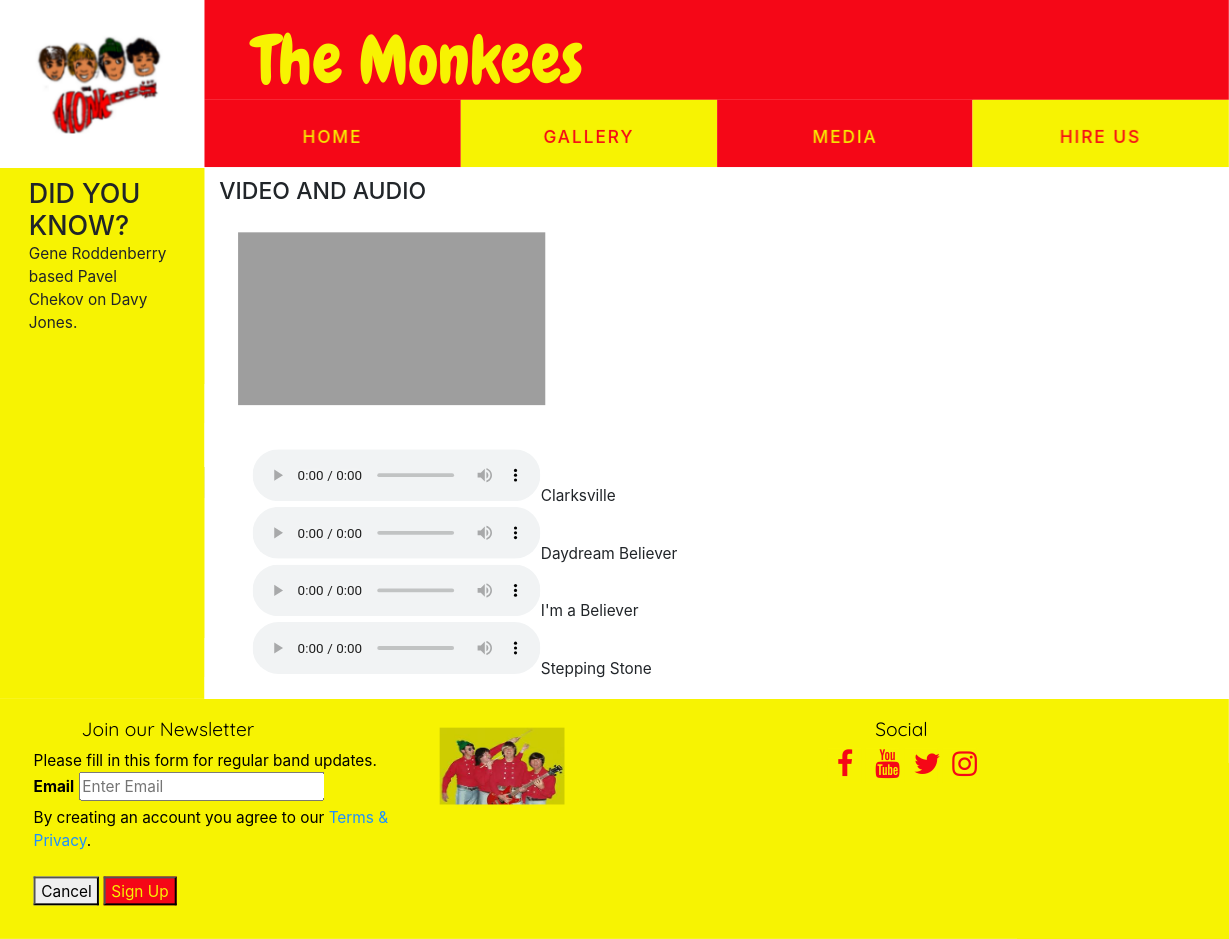
Repository: marcopolomt/monkees
Page: media.html
The author's editor kept a record of every edit. The page is drawn from the files as they stood at one moment, then again after the next edit.
The browser window is 1280 px wide. The pictures show the whole page, at 96% of full size.
Pictures or frames that could not be fetched are drawn as grey boxes.

Above is the page before.

After the next edit:
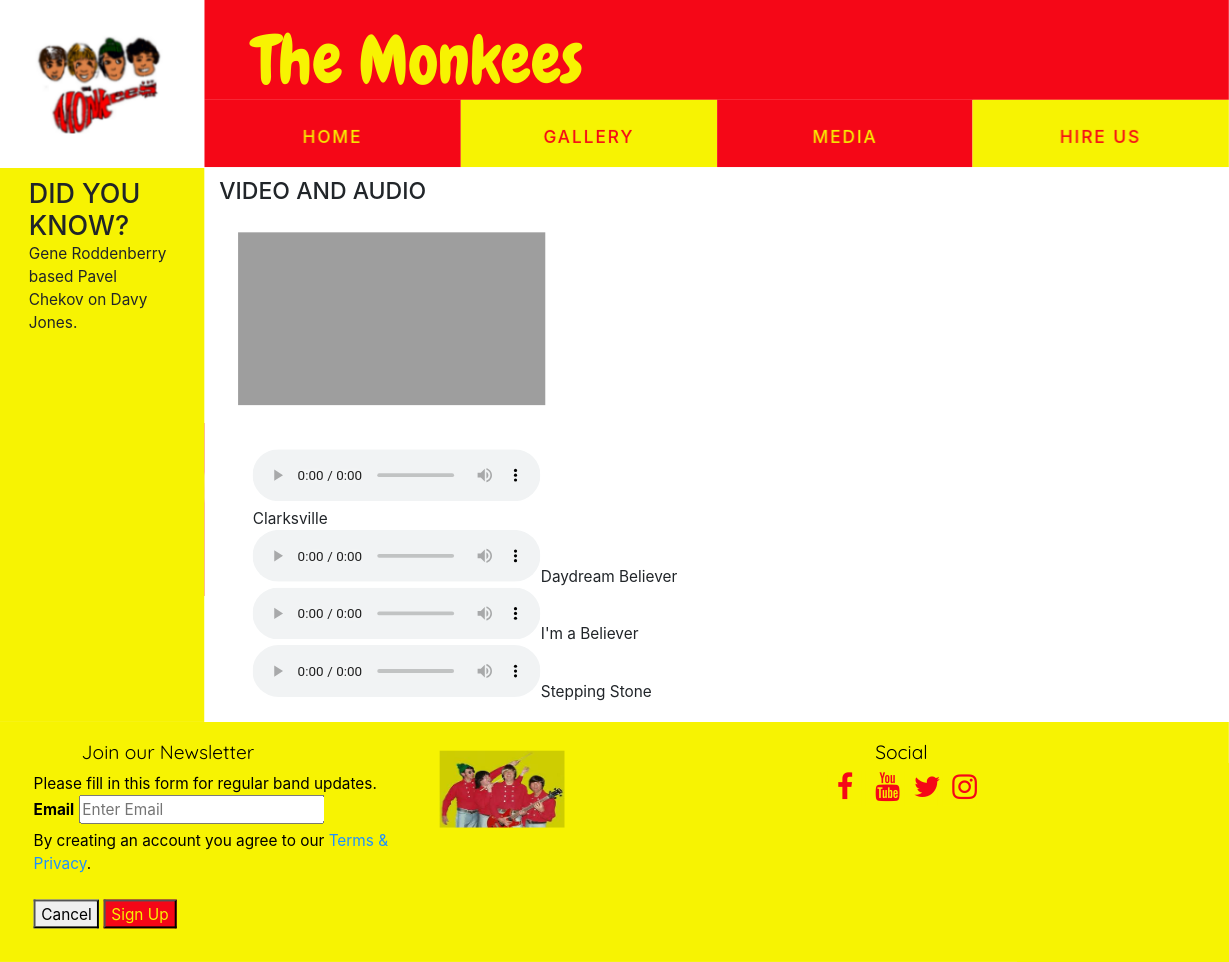
The edit:
--- a/media.html
+++ b/media.html
@@ -72,7 +72,7 @@
                         <audio controls>
   <source src="./assets/audio/Clarksville.mp3" type="audio/mpeg">
 Your browser does not support the audio element.
-</audio>Clarksville
+</audio><br>Clarksville
 
                         <br>
                         <div class="audio">
